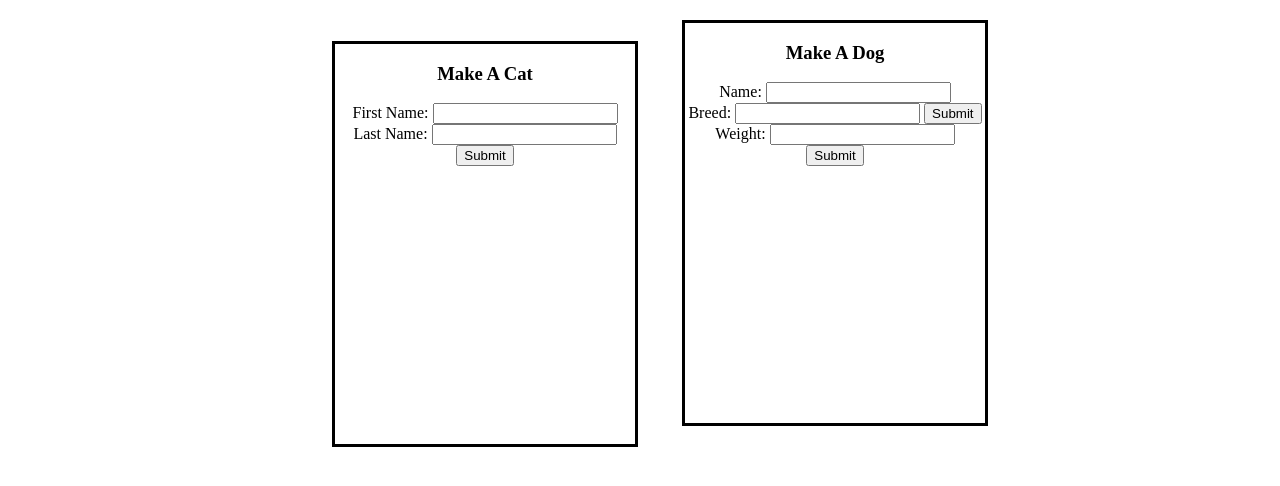
Repository: a-rydzak/Java
Page: http://localhost/Setup/Home
An editor plug-in stored every save of this project. The page is shown before and after the next save, followed by the edit.
The browser window is 1280 px wide. The pictures show the whole page.
The page is served by Tomcat 9.

Above is the page before, as saved 2019-07-11 14:32:40.

After the next save:
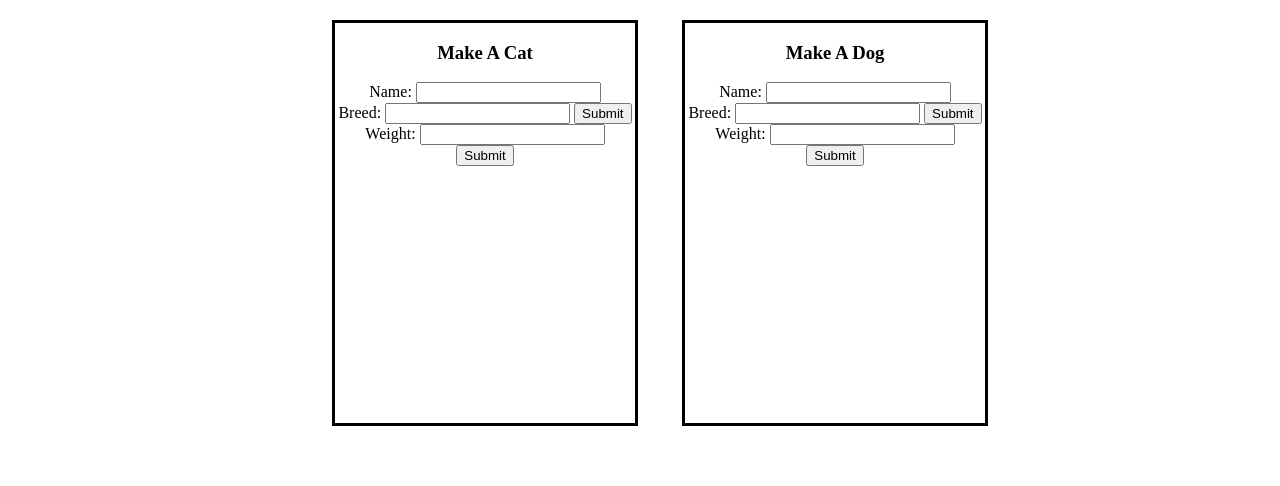
Saved 19 s later.
--- a/Java MVC/Pets/Setup/WebContent/WEB-INF/view/Home.jsp
+++ b/Java MVC/Pets/Setup/WebContent/WEB-INF/view/Home.jsp
@@ -14,10 +14,13 @@
 
 		<div class="petForm">
 			<h3>Make A Cat</h3>
-		      <form action = "/Cats" method = "POST">
-		         First Name: <input type = "text" name = "first_name">
+		      <form action = "/Dogs" method = "POST">
+		         Name: <input type = "text" name = "name">
 		         <br />
-		         Last Name: <input type = "text" name = "last_name" />
+		         Breed: <input type = "text" name = "breed" />
+		         <input type = "submit" value = "Submit" />
+		         <br />
+		         Weight: <input type = "text" name = "weight" />
 		         <input type = "submit" value = "Submit" />
 		      </form>
 		</div>
